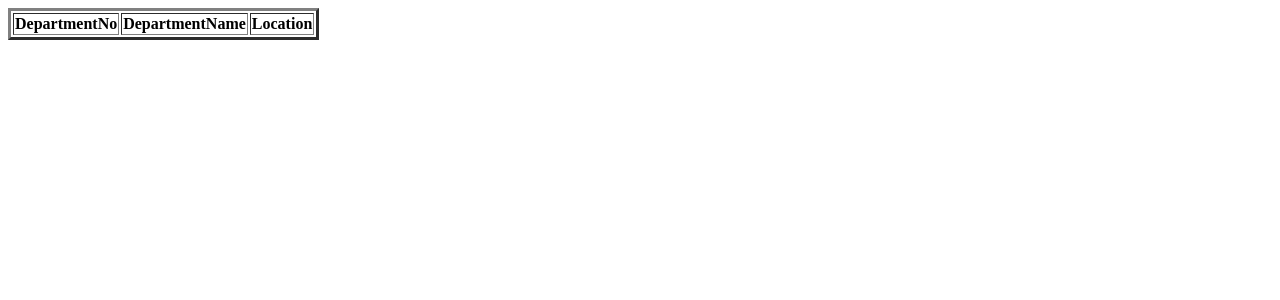
Repository: vinodkumarr269/mode1
Page: http://localhost/DeptCrude/DeptShow.jsp
An editor plug-in stored every save of this project. The page is shown before and after the next save, followed by the edit.
The browser window is 1280 px wide. The pictures show the whole page.
The page is served by Tomcat 9. Queries for data that is not in the repository find no rows.

Above is the page before, as saved 2019-08-22 10:40:16.

### day13/DeptCrude/WebContent/DeptShow.jsp
<%@page import="java.sql.ResultSet"%>
<%@page import="java.sql.PreparedStatement"%>
<%@page import="com.hcl.dept.DaoConnection"%>
<%@page import="java.sql.Connection"%>
<%@ page language="java" contentType="text/html; charset=ISO-8859-1"
    pageEncoding="ISO-8859-1"%>
<!DOCTYPE html PUBLIC "-//W3C//DTD HTML 4.01 Transitional//EN" "http://www.w3.org/TR/html4/loose.dtd">
<html>
<head>
<meta http-equiv="Content-Type" content="text/html; charset=ISO-8859-1">
<title>Insert title here</title>
</head>
<body>
<table border="3">
		<tr>
			<th>DepartmentNo</th>
			<th>DepartmentName</th>
			<th>Location</th>

		</tr>
		<%
		Connection con=DaoConnection.getConnection();
		String cmd="select * from dept";
		PreparedStatement pst=con.prepareStatement(cmd);
		ResultSet rs=pst.executeQuery();
		while(rs.next()){
			%>
			<tr>
				<td><%=rs.getInt("deptNo")%></td>
				<td><%=rs.getString("dname")%></td>
				<td><%=rs.getString("loc")%></td>
			</tr>

		<%
		}
		%>
</table>
</body>
</html>

### day13/DeptCrude/src/com/hcl/dept/DaoConnection.java
package com.hcl.dept;

import java.sql.Connection;
import java.sql.DriverManager;
import java.sql.SQLException;
import java.util.ResourceBundle;

public class DaoConnection {
	public static Connection getConnection(){
			ResourceBundle rb=ResourceBundle.getBundle("db");

			String driver=rb.getString("driver");
			String url=rb.getString("url");
			String user=rb.getString("user");
			String pwd=rb.getString("password");
			Connection con=null;
			try {
				Class.forName(driver);
				con=DriverManager.getConnection(url,user,pwd);
				} catch (ClassNotFoundException e) {
				// TODO Auto-generated catch block
				e.printStackTrace();
		     	} catch (SQLException e) {
					// TODO Auto-generated catch block
					e.printStackTrace();
				}
			return con;
		}
	}

After the next save:
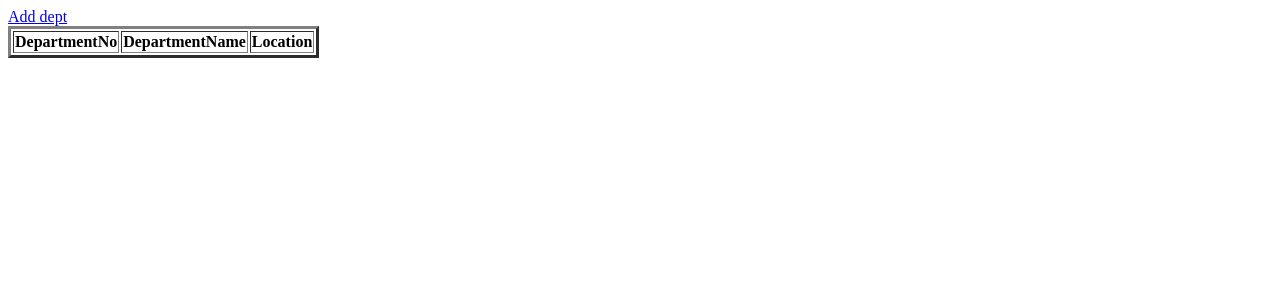
Saved 91 s later.
--- a/day13/DeptCrude/WebContent/DeptShow.jsp
+++ b/day13/DeptCrude/WebContent/DeptShow.jsp
@@ -34,6 +34,8 @@
 		<%
 		}
 		%>
+
+		<a href="AddDept.jap">Add dept</a>
 </table>
 </body>
 </html>
